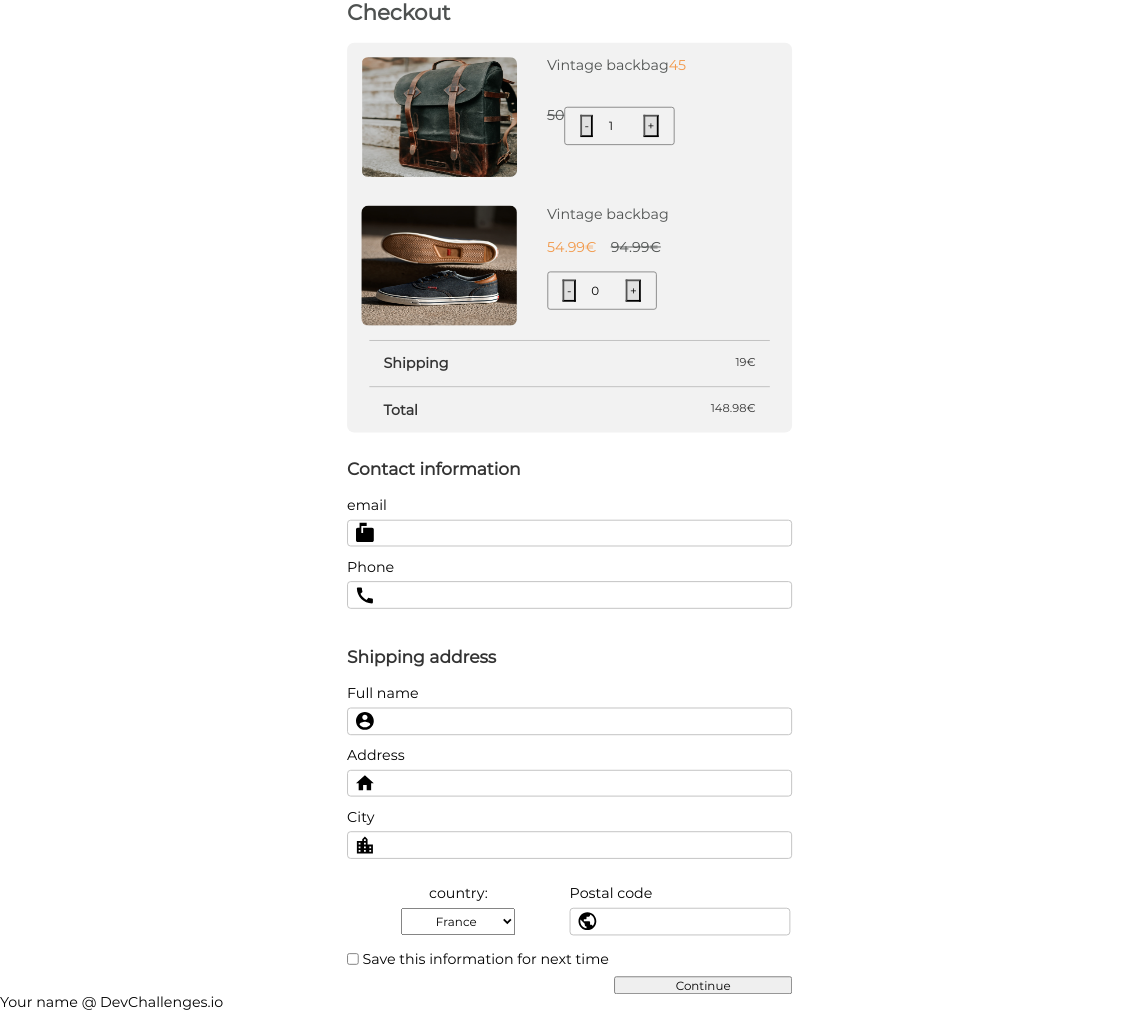
Repository: dubar-jeremy/checkout-page-master
Page: index.html
The author's editor kept a copy of each file at every save. The page is drawn from the files as they stood at one save, then again after the next save.
The browser window is 1280 px wide. The pictures show the whole page, at 89% of full size.
The style sheet was rebuilt from its Sass, Less or Tailwind sources for each picture, by a compiler version that may differ from the author's.

Above is the page before, as saved 2021-02-05 23:38:44.

### index.html
<!doctype html>
<html lang="fr">
<head>
  <meta charset="UTF-8">
  <meta name="viewport"
        content="width=device-width, user-scalable=no, initial-scale=1.0, maximum-scale=1.0, minimum-scale=1.0">
  <meta http-equiv="X-UA-Compatible" content="ie=edge">
  <link rel="stylesheet" href="style/style.css">
  <link href="https://fonts.googleapis.com/icon?family=Material+Icons"
        rel="stylesheet">
  <title>Document</title>
  <script src="js/form.js" type="text/javascript"></script>
</head>
<body>

<main>
  <div class="grid-container">
    <h1>Checkout</h1>
    <form>
      <h2>Contact information</h2>
      <div>
      <label for="email">email</label>
      <input class="email" type="email" name="email" id="email">
      <span class="invalid valid" id="email">E-mail invalide</span>
      </div>

      <div>
      <label for="tel">Phone</label>
      <input class="tel" type="tel" name="tel" id="tel">
      <span class="invalid">Numéro inccorect</span>
      </div>

      <h2>Shipping address</h2>

      <div>
      <label for="name">Full name</label>
      <input class="name" type="text" name="name" id="name">
      <span class="invalid">Champ obligatoire</span>
      </div>

      <div>
      <label for="address">Address</label>
      <input class="address" type="text" name="address" id="address">
      <span class="invalid">Champ obligatoire</span>
      </div>

      <div>
      <label for="city">City</label>
      <input class="city" type="text" name="city" id="city">
      <span class="invalid">Champ obligatoire</span>
      </div>


      <div class="form-btn">
        <div class="select-country">
          <label for="country">country:</label>
          <select id="country">
            <option value="france">France</option>
            <option value="england">Angleterre</option>
            <option value="spain">Espagne</option>
          </select>
          <span class="invalid">Champ obligatoire</span>
        </div>
        <div class="input-postal-code">
          <label for="postalCode">Postal code</label>
          <input class="postal-code" type="text" name="postalCode" id="postalCode">
          <span class="invalid">Champ obligatoire</span>
        </div>
      </div>

      <div>
        <input type="checkbox">
        <label>Save this information for next time</label>
      </div>
      <button type="submit">Continue</button>
    </form>
    <div class="checkout-container">
      <div class="inner-block">
        <img src="img/photo1.png">
        <div class="details-article">
          <h2>Vintage backbag</h2>
          <span class="new-price">54.99€</span>
          <span class="old-price">94.99€</span>
          <div class="click">
            <button class="nbr-article minus btn">-</button>
            <input type="text" value="0" class="nbr-value quantity">
            <button class="nbr-article plus btn">+</button>
          </div>
        </div>
        <img src="img/photo2.png">
        <div class="details-article">
          <h2>Vintage backbag</h2>
          <span class="new-price">54.99€</span>
          <span class="old-price">94.99€</span>
          <div class="click">
            <button class="nbr-article plus btn">-</button>
            <input type="text" value="0" class="nbr-value">
            <button class="nbr-article minus btn">+</button>
          </div>
        </div>
      </div>
      <div class="price-part">
        <p>Shipping</p>
        <p>19€</p>
      </div>
      <div class="price-part">
        <p>Total</p>
        <p>148.98€</p>
      </div>
      <div>
      </div>
    </div>
</main>
<footer>
  <p>Your name @ DevChallenges.io</p>
</footer>
<!--<span class="material-icons">email</span>
<span class="material-icons">call</span>
<span class="material-icons">account_circle</span>
<span class="material-icons">home</span>
<span class="material-icons">location_city</span>
<span class="material-icons">public</span>
<span class="material-icons">markunread_mailbox</span>-->
</body>
</html>

### js/form.js
window.onload = function () {
  const plus = document
    .querySelector(".plus")
    .addEventListener("click", increase);
  const minus = document
    .querySelector(".minus")
    .addEventListener("click", decrease);

  let i = 0;
  let initialPrice = 50;
  let priceAfterDiscount = increase();

  function increase() {
    // price * 10 / 100 = 10% reduce
    i++;

    let items = (document.querySelector(".nbr-value").value = i);
    let qty = parseInt(items);
    let newPrice = initialPrice * qty;
    let priceBeforeDiscount = newPrice;
    document.querySelector(".old-price").innerHTML = priceBeforeDiscount;
    newPrice -= (newPrice * 10) / 100;
    let priceAfterDiscount = newPrice;
    document.querySelector(".new-price").innerHTML = priceAfterDiscount;
    return priceAfterDiscount;
  }

  function decrease() {
    if (i >= 1) {
      i--;
      let items = (document.querySelector(".nbr-value").value = i);
      let qty = parseInt(items);
      let newPrice = initialPrice * qty;
      document.querySelector(".new-price").innerHTML = newPrice;
      let oldPrice = qty * priceAfterDiscount;
      document.querySelector(".old-price").innerHTML = oldPrice;
      console.log(oldPrice);
    }
  }
};

### style/style.scss
/*
Colors, fonts & reset
*/

$main-title: #4e5150;
$sub-title: #333333;
$btn-price: #f2994a;

$form-title: #4f4f4f;
$form-placeholder: #828282;

$background-nbr-article: #e0e0e0;

$background-price: #f2f2f2;

@font-face {
  font-family: "Montserrat";
  src: url("/fonts/Montserrat/Montserrat-Regular.ttf") format("truetype");
}

* {
  margin: 0;
  padding: 0;
  box-sizing: border-box;
  font-family: "Montserrat", sans-serif;
}

/*
  Main area
*/

.grid-container {
  display: grid;
  grid-template-columns: 1fr;
  margin: 0 auto;
  max-width: 500px; //mobile only for now

  h1 {
    grid-row: 1 / 2;
    color: $main-title;
    font-size: 1.5em;
    margin-bottom: 0.8em;
  }
}

form {
  display: flex;
  flex-direction: column;

  h2 {
    color: $sub-title;
    font-size: 1.2em;
    margin-top: 1.5em;
    margin-bottom: 1em;
  }

  input {
    width: 100%;
    margin-bottom: 1em;
    margin-top: 0.5em;
  }

  input[type="checkbox"] {
    width: inherit;
  }

  @mixin iconStyle {
    background-color: transparent;
    background-repeat: no-repeat;
    background-position: 0.5em center;
    padding-left: 2.5em;
    height: 2.3em;
    border: 0.09em solid #bdbdbd;
    border-radius: 0.3em;
  }

  .email {
    @include iconStyle;
    background-image: url("../icons/markunread_mailbox-24px.svg");
  }
  .tel {
    @include iconStyle;
    background-image: url("../icons/call-24px.svg");
  }
  .name {
    @include iconStyle;
    background-image: url("../icons/account_circle-24px.svg");
  }
  .address {
    @include iconStyle;
    background-image: url("../icons/home-24px.svg");
  }
  .city {
    @include iconStyle;
    background-image: url("../icons/location_city-24px.svg");
  }
  .postal-code {
    @include iconStyle;
    width: 99%;
    background-image: url("../icons/public-24px.svg");
  }

  .form-btn {
    width: 100%;
    display: flex;
    justify-content: space-between;
    margin-top: 1em;
    flex-wrap: wrap;
    align-items: center;

    .select-country {
      flex-basis: 50%;
      display: flex;
      flex-wrap: wrap;
      justify-content: center;

      label {
        width: 100%;
        text-align: center;
      }

      select {
        height: 2.3em;
        padding-left: 2.5em;
        margin-bottom: 1em;
        margin-top: 0.5em;
      }
    }

    .input-postal-code {
      flex-basis: 50%;
    }
  }

  button {
    width: 40%;
    align-self: end;
  }
}

.checkout-container {
  grid-row: 2 / 3;
  background: $background-price;
  border-radius: 0.5em;
}

.inner-block {
  display: grid;
  grid-template-columns: 1fr 1fr;
  grid-gap: 2em;
  max-width: 385px;
  max-height: 535px;
  margin: 1em;

  h2 {
    color: $main-title;
    display: inline;
    font-size: 1em;
    font-weight: normal;
  }

  img {
    width: 100%;
    max-width: 175px;
    max-height: 135px;
    border-radius: 0.5em;
  }

  .details-article {
    display: flex;
    flex-wrap: wrap;

    .new-price {
      color: $btn-price;
      margin-right: 1em;
    }

    .old-price {
      color: $main-title;
      text-decoration: line-through;
    }

    .click {
      display: flex;
      justify-content: space-around;
      width: 70%;
      height: min-content;
      background: transparent;
      border: 0.1em solid $form-placeholder;
      border-radius: 0.2em;
      padding: 0.5em;

      input {
        background: transparent;
        width: 20%;
        border: none;
      }

      .nbr-article {
        background: $background-nbr-article;
        padding: 0.2em;
      }
    }
  }
}

.price-part {
  display: flex;
  justify-content: space-between;
  width: 90%;
  margin: 0 auto;
  padding: 1em;
  border-top: 1px solid #bdbdbd;
  color: #333333;

  p:nth-child(1) {
    color: $sub-title;
    font-weight: bold;
  }

  p:nth-child(2) {
    font-size: 0.8em;
  }
}

.invalid {
  display: none;
  color: red;
}

.valid {
  color: green;
}

After the next save:
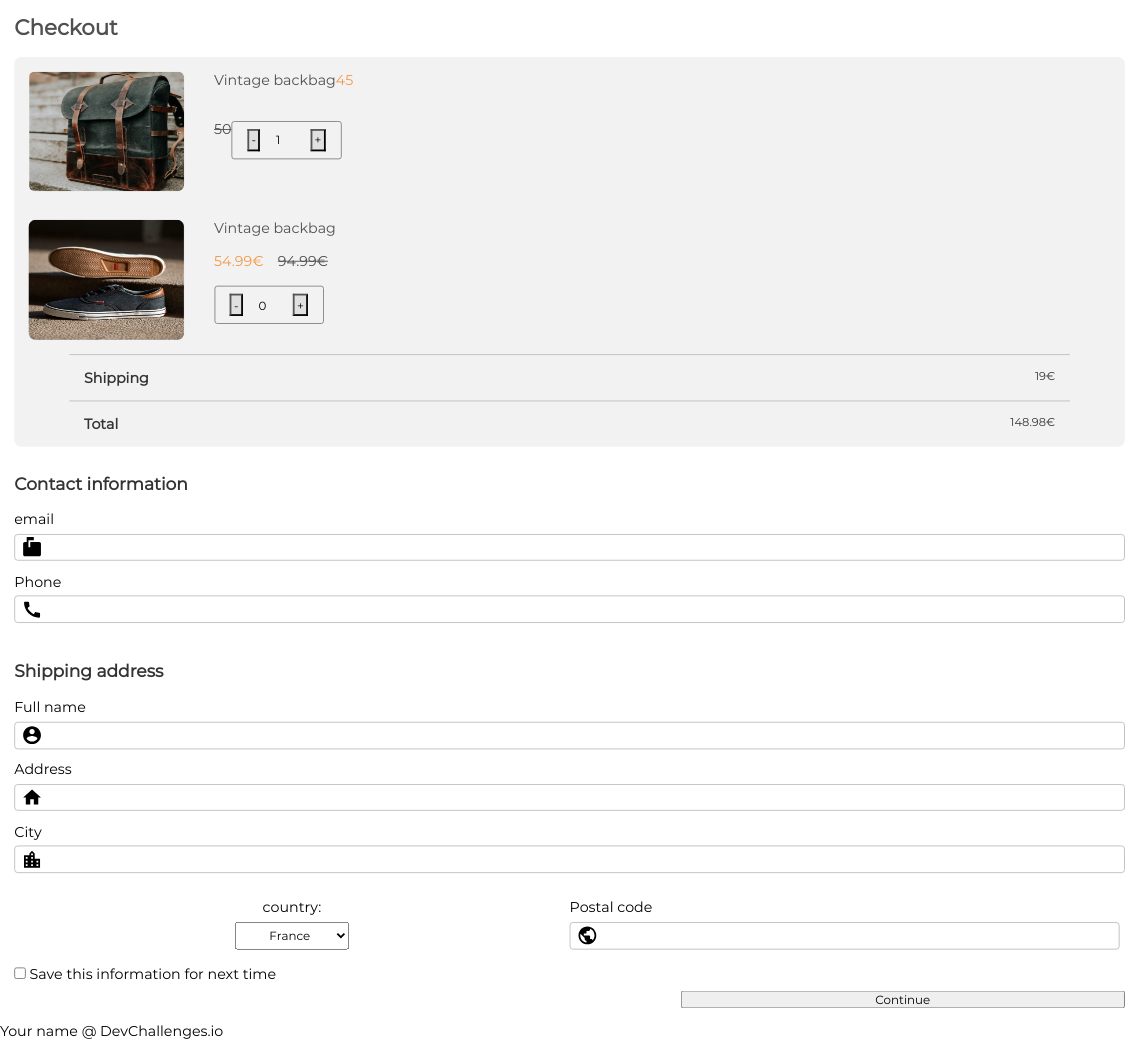
Saved 69 s later.
--- a/style/style.scss
+++ b/style/style.scss
@@ -32,8 +32,7 @@ $background-price: #f2f2f2;
 .grid-container {
   display: grid;
   grid-template-columns: 1fr;
-  margin: 0 auto;
-  max-width: 500px; //mobile only for now
+  margin: 1em;
 
   h1 {
     grid-row: 1 / 2;
